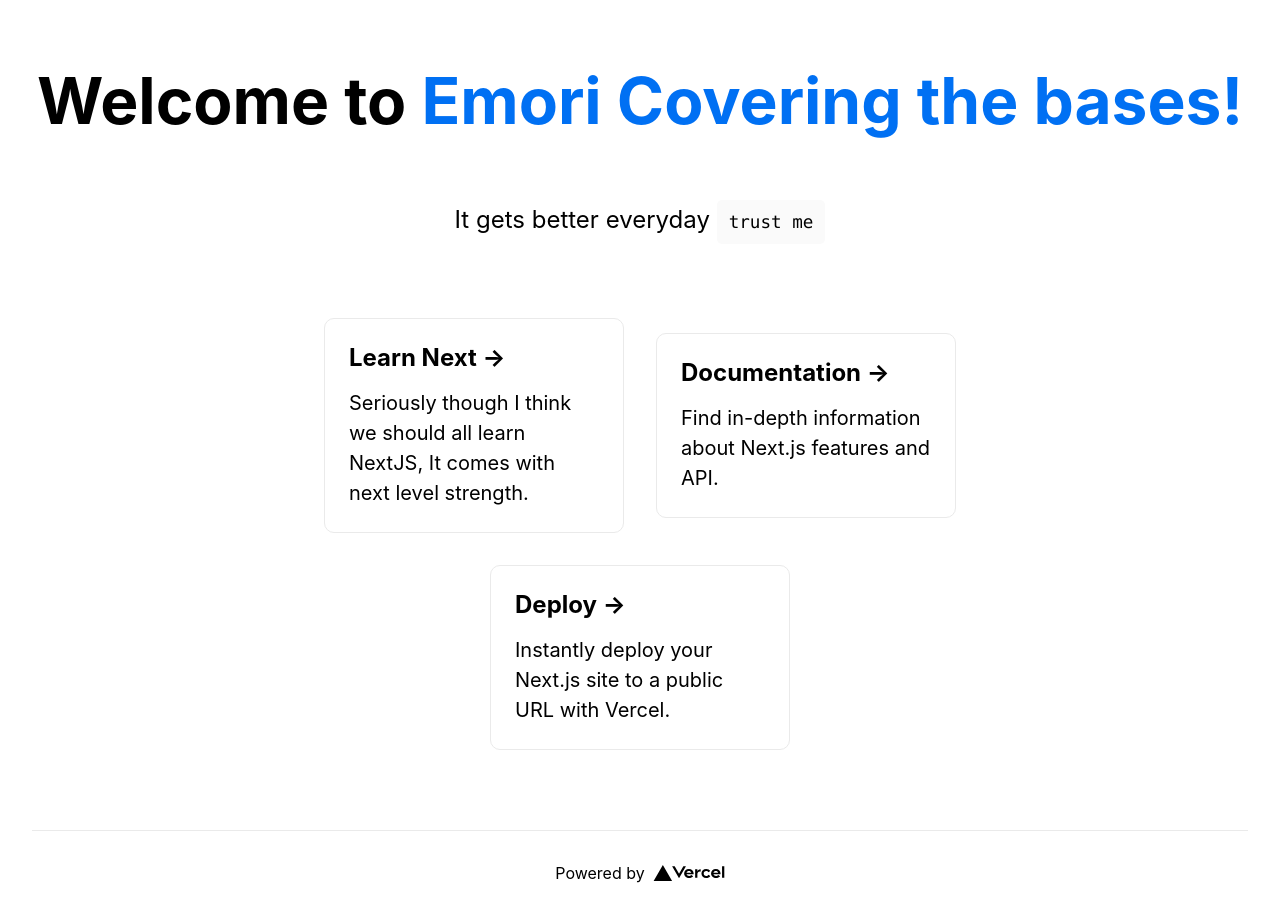
Repository: emorilebo/next-linkedin-training
Page: /
The author's editor kept a copy of each file at every save. The page is drawn from the files as they stood at one save, then again after the next save.
The browser window is 1280 px wide. The pictures show the whole page.
The project was rebuilt for these pictures with package versions that can differ from the ones it lists, and the page was loaded fresh each time. The framework's server and built-in components were replaced by stand-ins that run in the browser. Also part of the build but not shown: next.config.js.

Above is the page before, as saved 2022-12-25 18:00:24.

After the next save:
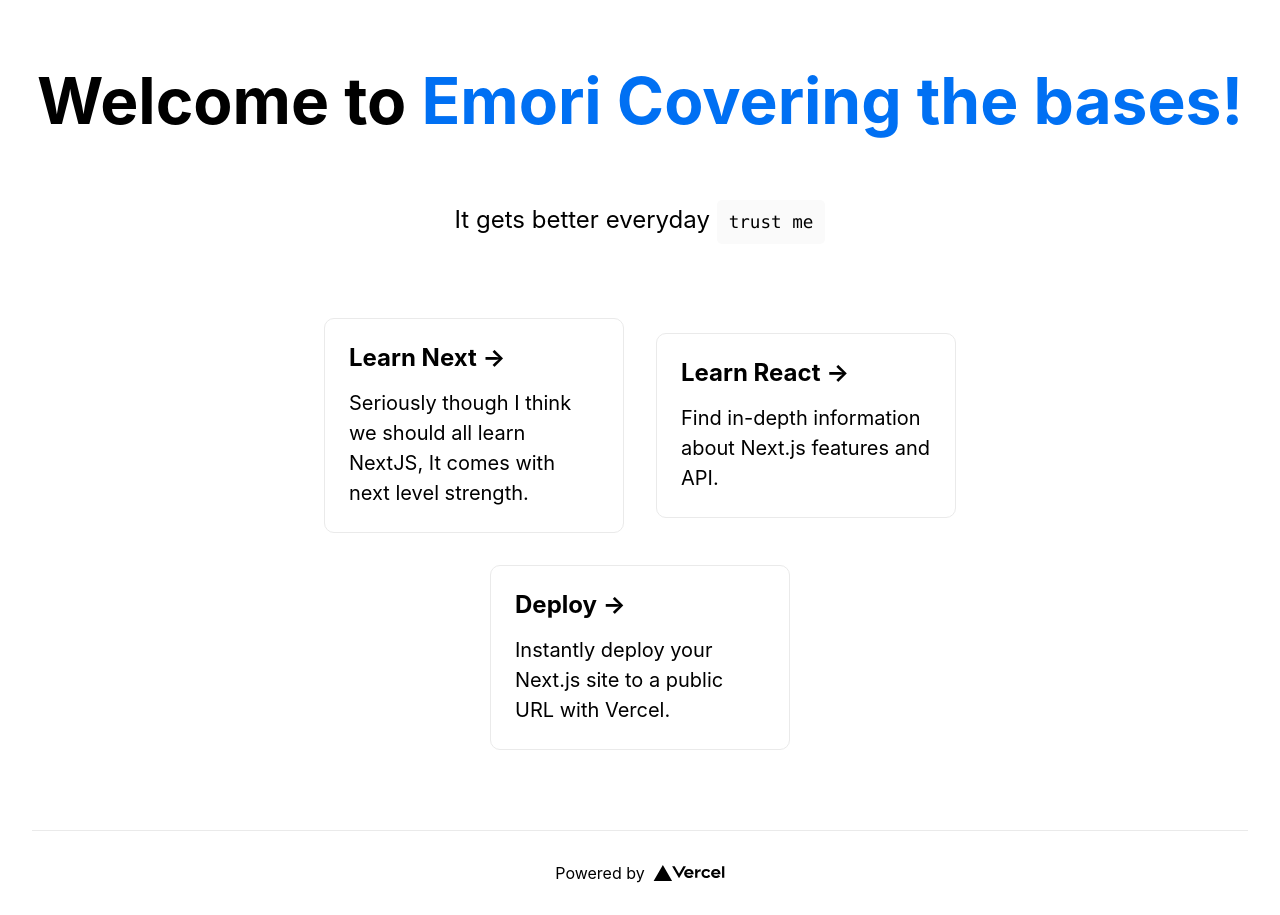
Saved 14 s later.
--- a/pages/index.js
+++ b/pages/index.js
@@ -31,7 +31,7 @@
           </Link>
 
           <Link href="/learn/next" className={styles.card}>
-            <h2>Documentation &rarr;</h2>
+            <h2>Learn React &rarr;</h2>
             <p>Find in-depth information about Next.js features and API.</p>
           </Link>
 
